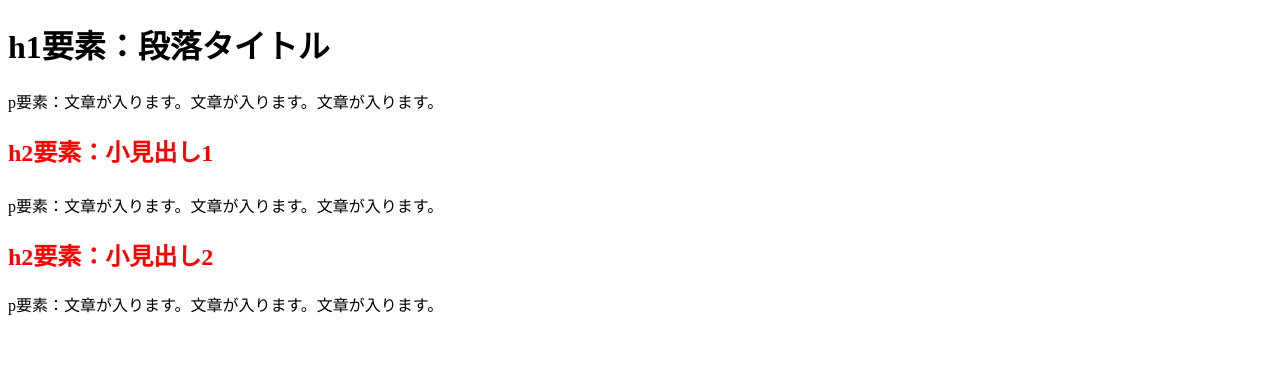
Repository: T-Ohchi/samurai_HTML-CSS
Page: index.html
The author's editor kept a record of every edit. The page is drawn from the files as they stood at one moment, then again after the next edit.
The browser window is 1280 px wide. The pictures show the whole page.

Above is the page before.

### index.html
<!DOCTYPE html>
<html lang="ja">
<head>
  <meta charset="UTF-8">
  <title>HTML/CSSの学習</title>
  <style>
  h2{
    color:red;
  }
  </style>
</head>
<body>
  <h1>h1要素：段落タイトル</h1>
  <p>p要素：文章が入ります。文章が入ります。文章が入ります。</p>
  <h2>h2要素：小見出し1</h2>
  <p style="font-size: 25px;">
  <p>p要素：文章が入ります。文章が入ります。文章が入ります。</p>
  <h2>h2要素：小見出し2</h2>
  <p style="font-weight: bold;">
  <p>p要素：文章が入ります。文章が入ります。文章が入ります。</p>
</body>
</html>

After the next edit:
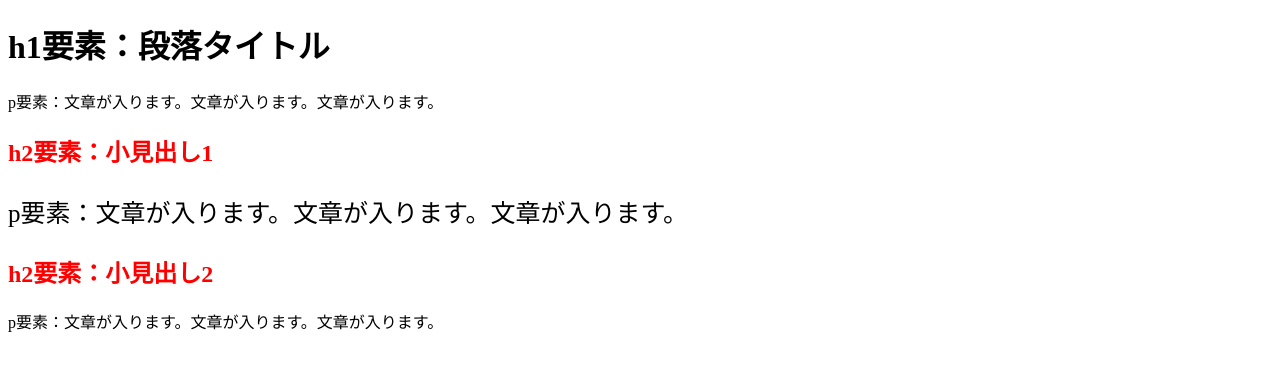
The edit:
--- a/index.html
+++ b/index.html
@@ -14,7 +14,7 @@
   <p>p要素：文章が入ります。文章が入ります。文章が入ります。</p>
   <h2>h2要素：小見出し1</h2>
   <p style="font-size: 25px;">
-  <p>p要素：文章が入ります。文章が入ります。文章が入ります。</p>
+  p要素：文章が入ります。文章が入ります。文章が入ります。</p>
   <h2>h2要素：小見出し2</h2>
   <p style="font-weight: bold;">
   <p>p要素：文章が入ります。文章が入ります。文章が入ります。</p>
